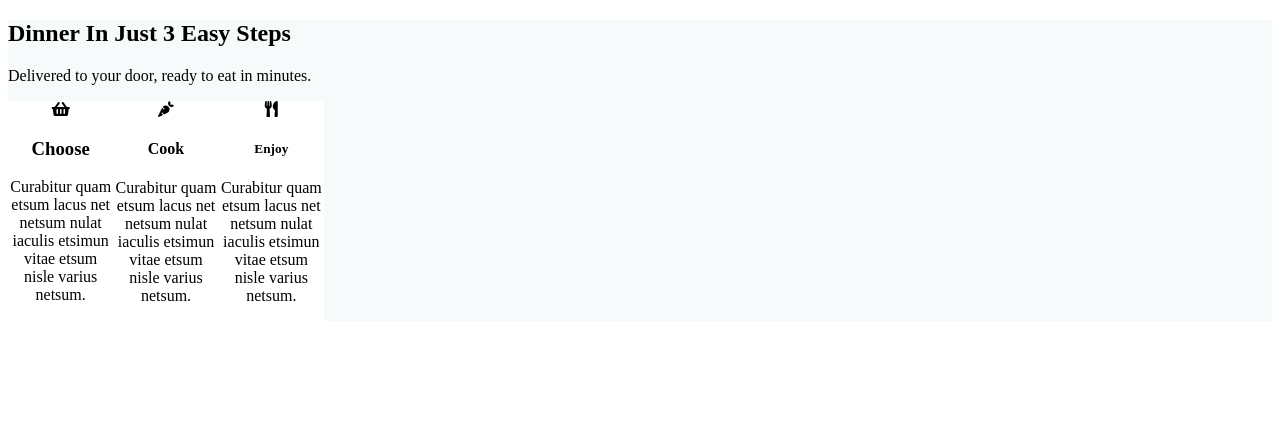
Repository: ST-United-Internship/leadpage
Page: wrapper-UI.html
An editor plug-in stored every save of this project. The page is shown before and after the next save, followed by the edit.
The browser window is 1280 px wide. The pictures show the whole page.

Above is the page before, as saved 2023-03-15 13:46:14.

After the next save:
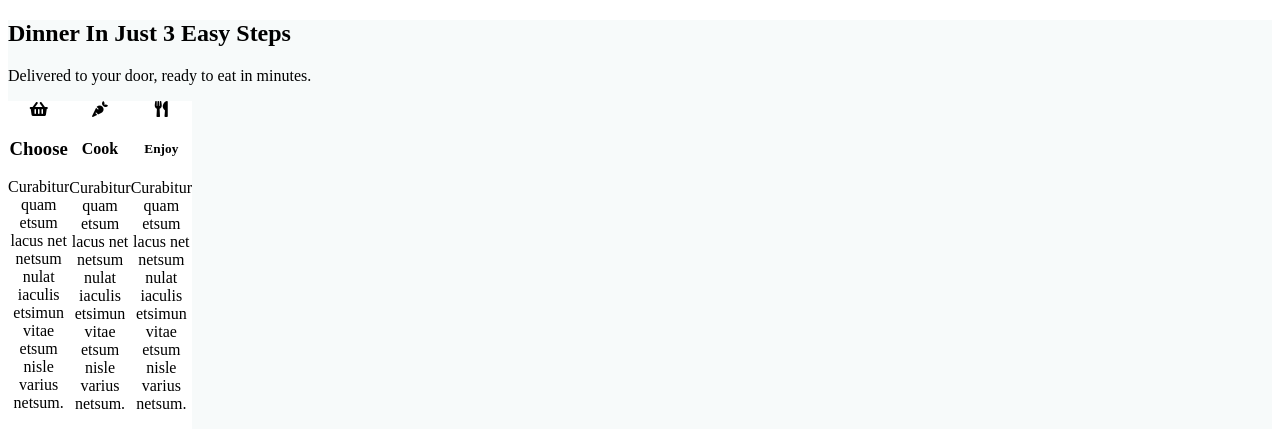
Saved 33 s later.
--- a/css/wrapper-UI.css
+++ b/css/wrapper-UI.css
@@ -42,10 +42,12 @@
     background-color:#f7fafa ;
 }
 
+.about .card-container{
+    width: 25%;
+}
 .about .card-container .card-title {
     display: flex;
     width: 25%;
-    justify-content: space-between;
 }
 
 .card-wrapper{

After the save that followed:
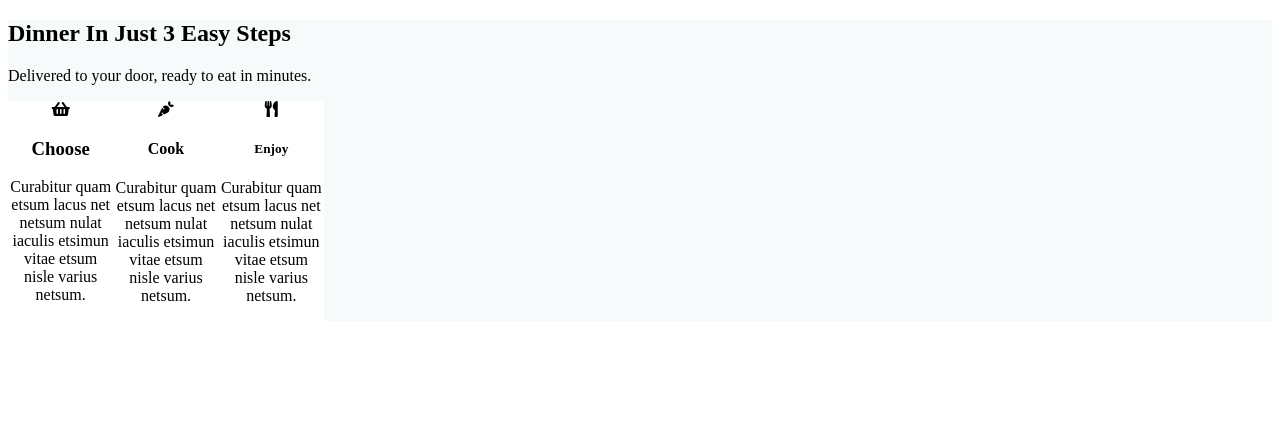
Saved 6 s later.
--- a/css/wrapper-UI.css
+++ b/css/wrapper-UI.css
@@ -47,7 +47,7 @@
 }
 .about .card-container .card-title {
     display: flex;
-    width: 25%;
+    /* width: 25%; */
 }
 
 .card-wrapper{
